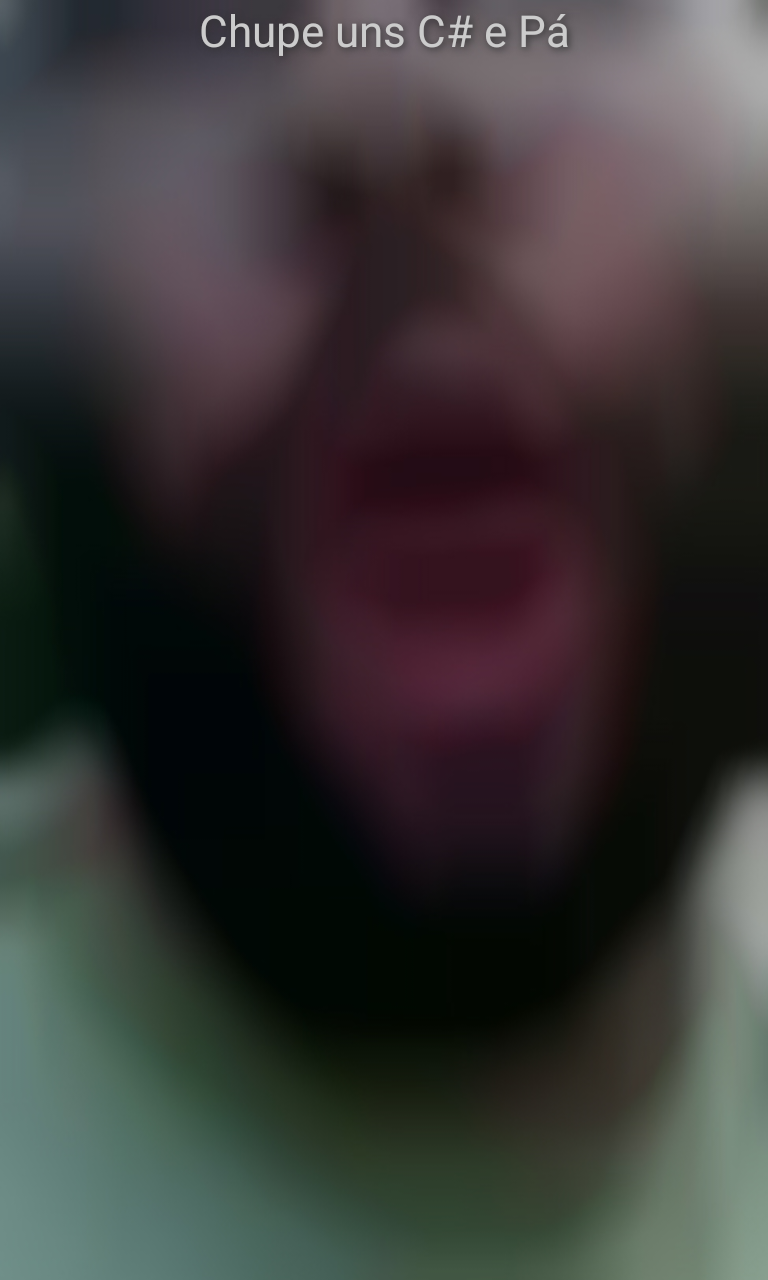
Repository: Cookahn/bioca_sounds
Layout: ChicoBiocaApp/res/layout/remix_activity.xml
An editor plug-in stored every save of this project. The layout is shown before and after the next save, followed by the edit.
It is drawn on a 768 x 1280 px phone screen (xhdpi) without system bars, with theme AppTheme; the app's code is not run.

Above is the layout before, as saved 2014-08-12 20:33:07.

### ChicoBiocaApp/res/layout/remix_activity.xml
<?xml version="1.0" encoding="utf-8"?>
<LinearLayout xmlns:android="http://schemas.android.com/apk/res/android"
    android:layout_width="match_parent"
    android:layout_height="match_parent"
    android:background="@drawable/backgroundtofuck"
    android:orientation="vertical" >

    <TextView
        android:id="@+id/text_bioca"
        android:layout_width="match_parent"
        android:layout_height="50dp"
        android:layout_marginBottom="30dp"
        android:gravity="center_horizontal"
        android:shadowColor="#333"
        android:shadowDx="2"
        android:shadowDy="2"
        android:shadowRadius="6"
        android:text="@string/suck_an_ass_and_pa"
        android:textColor="#ccc"
        android:textSize="22sp" />

<!--     <LinearLayout
        android:layout_width="match_parent"
        android:layout_height="wrap_content"
        android:orientation="horizontal"
        android:weightSum="3" >

        <Button
            android:id="@+id/i_want_to_know"
            android:layout_width="0dp"
            android:layout_height="wrap_content"
            android:layout_margin="5dp"
            android:layout_weight="1"
            android:background="@drawable/button_song"
            android:gravity="bottom|right"
            android:text="@string/i_want_to_know"
            android:textColor="#fff"
            android:textSize="12sp" />

        <Button
            android:id="@+id/glu"
            android:layout_width="0dp"
            android:layout_height="wrap_content"
            android:layout_margin="5dp"
            android:layout_weight="1"
            android:background="@drawable/button_song"
            android:gravity="bottom|right"
            android:text="@string/gluu"
            android:textColor="#fff"
            android:textSize="12sp" />

        <Button
            android:id="@+id/suck_ass"
            android:layout_width="0dp"
            android:layout_height="wrap_content"
            android:layout_margin="5dp"
            android:layout_weight="1"
            android:background="@drawable/button_song"
            android:gravity="bottom|right"
            android:text="@string/suck_an_ass"
            android:textColor="#fff"
            android:textSize="12sp" />
    </LinearLayout>

        <LinearLayout
        android:layout_width="match_parent"
        android:layout_height="wrap_content"
        android:orientation="horizontal"
        android:weightSum="3" >

        <Button
            android:id="@+id/pff_pff_pff"
            android:layout_width="0dp"
            android:layout_height="wrap_content"
            android:layout_margin="5dp"
            android:layout_weight="1"
            android:background="@drawable/button_song"
            android:gravity="bottom|right"
            android:text="@string/pff_pff_pff"
            android:textColor="#fff"
            android:textSize="12sp" />
        </LinearLayout>
 -->
</LinearLayout>

### ChicoBiocaApp/res/values/strings.xml
<?xml version="1.0" encoding="utf-8"?>
<resources>

    <string name="app_name">Chico Bioca Remix</string>
    <string name="are_you_ready">Está preparado para a melhor TRANSA da sua Vida?</string>
    <string name="action_settings">Settings</string>
    <string name="i_want_to_fuck">Quero Transá</string>
    <string name="suck_an_ass_and_pa">Chupe uns C# e Pá</string>

    <!-- Bioca phrases -->
    <string name="i_want_to_know">Eu quero sabê</string>
    <string name="who_fuck">Quem é que transa</string>
    <string name="who_fuck_in_this_shit">Quem transa nessa porra</string>
    <string name="gluu">Gluuu</string>
    <string name="glooe">Gloooe</string>
    <string name="anal_sex">Sexo Anal</string>
    <string name="lh_smack">Lhlhlh smack</string>
    <string name="suck_an_ass">Chupá um cú</string>
    <string name="pa_and">Pá e sei que lá</string>
    <string name="have_sex">Transá mesmo</string>
    <string name="fuck_vagina">Comer vagina</string>
    <string name="everything">Tudo mais</string>
    <string name="i_dont_wanna_know">Quero nem saber nesse caraio</string>
    <string name="in_this_shit">Nessa porra</string>
    <string name="cool_tocacco">Um tabaco bem massa</string>
    <string name="for_us">Pra gente</string>
    <string name="pff">Pff</string>
    <string name="pff_pff">Pff Pfff</string>
    <string name="pff_pff_pff">Pf Pff Pfff</string>
    <string name="fuck_until">Fudê até o talo</string>
    <string name="aoe">Aeaoeaoeeae</string>

    <string-array name="phraseBioca">
        <item name="i_want_to_know">Eu quero sabê</item>
        <item name="who_fuck">Quem é que transa</item>
        <item name="who_fuck_in_this_shit">Quem transa nessa porra</item>
        <item name="gluu">Gluuu</item>
        <item name="glooe">Gloooe</item>
        <item name="anal_sex">Sexo Anal</item>
        <item name="lh_smack">Lhlhlh smack</item>
        <item name="suck_an_ass">Chupá um cú</item>
        <item name="pa_and">Pá e sei que lá</item>
        <item name="have_sex">Transá mesmo</item>
        <item name="fuck_vagina">Comer vagina</item>
        <item name="everything">Tudo mais</item>
        <item name="i_dont_wanna_know">Quero nem saber nesse caraio</item>
        <item name="in_this_shit">Nessa porra</item>
        <item name="cool_tocacco">Um tabaco bem massa</item>
        <item name="for_us">Pra gente</item>
        <item name="pff">Pff</item>
   	    <item name="pff_pff">Pff Pfff</item>
        <item name="pff_pff_pff">Pf Pff Pfff</item>
        <item name="fuck_until">Fudê até o talo</item>
        <item name="aoe">Aeaoeaoeeae</item>
    </string-array>

</resources>

### ChicoBiocaApp/res/layout/button_item.xml
<?xml version="1.0" encoding="utf-8"?>
<LinearLayout xmlns:android="http://schemas.android.com/apk/res/android"
    android:layout_width="match_parent"
    android:layout_height="match_parent"
    android:orientation="vertical" >

        <Button
            android:id="@+id/button_bioca"
            android:layout_width="wrap_content"
            android:layout_height="wrap_content"
            android:layout_margin="5dp"
            android:background="@drawable/button_song"
            android:gravity="bottom|right"
            android:text="@string/pff_pff_pff"
            android:textColor="#fff"
            android:textSize="12sp" />

</LinearLayout>

Loaded but not shown: ChicoBiocaApp/res/values/styles.xml (common file); ChicoBiocaApp/res/values-v11/styles.xml (common file); ChicoBiocaApp/res/values-v14/styles.xml (common file)

After the next save:
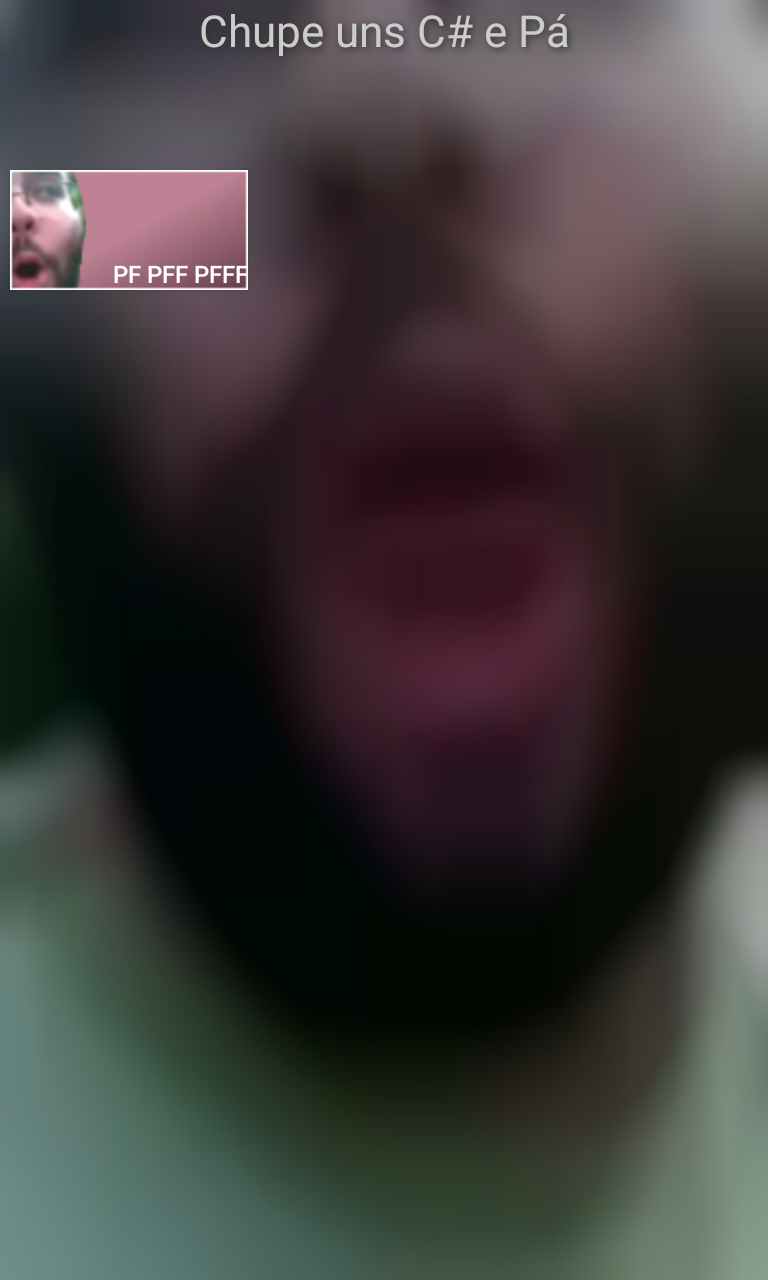
Saved 81 s later.
--- a/ChicoBiocaApp/res/layout/remix_activity.xml
+++ b/ChicoBiocaApp/res/layout/remix_activity.xml
@@ -18,6 +18,8 @@
         android:text="@string/suck_an_ass_and_pa"
         android:textColor="#ccc"
         android:textSize="22sp" />
+
+    <include layout="@layout/button_item"/>
 
 <!--     <LinearLayout
         android:layout_width="match_parent"
